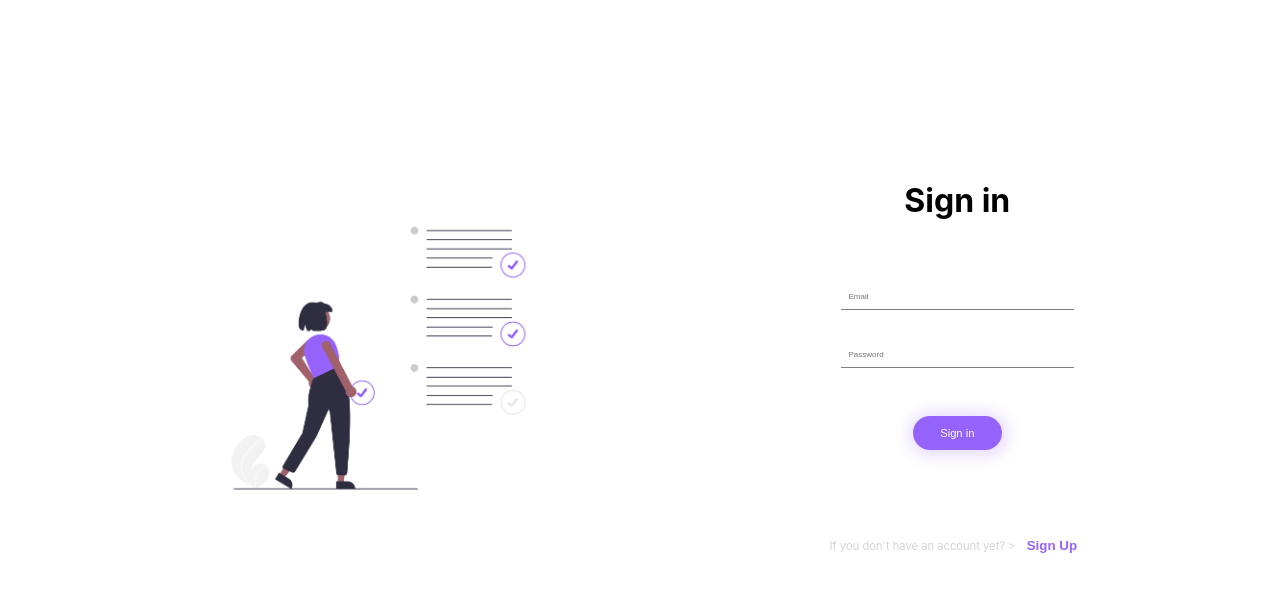
Repository: EEOOOO/wanted-pre-onboarding-fe
Page: / (app in to-do-list-app/)
An editor plug-in stored every save of this project. The page is shown before and after the next save, followed by the edit.
The browser window is 1280 px wide. The pictures show the whole page.
The project was rebuilt for these pictures with package versions that can differ from the ones it lists, and the page was loaded fresh each time. Also part of the build but not shown: to-do-list-app/src/components/sign_up/sign_up.module.css, to-do-list-app/src/components/sign_up/sign_up.jsx, to-do-list-app/src/components/todoList/todo_list.jsx.

Above is the page before, as saved 2022-08-22 00:53:34.

After the next save:
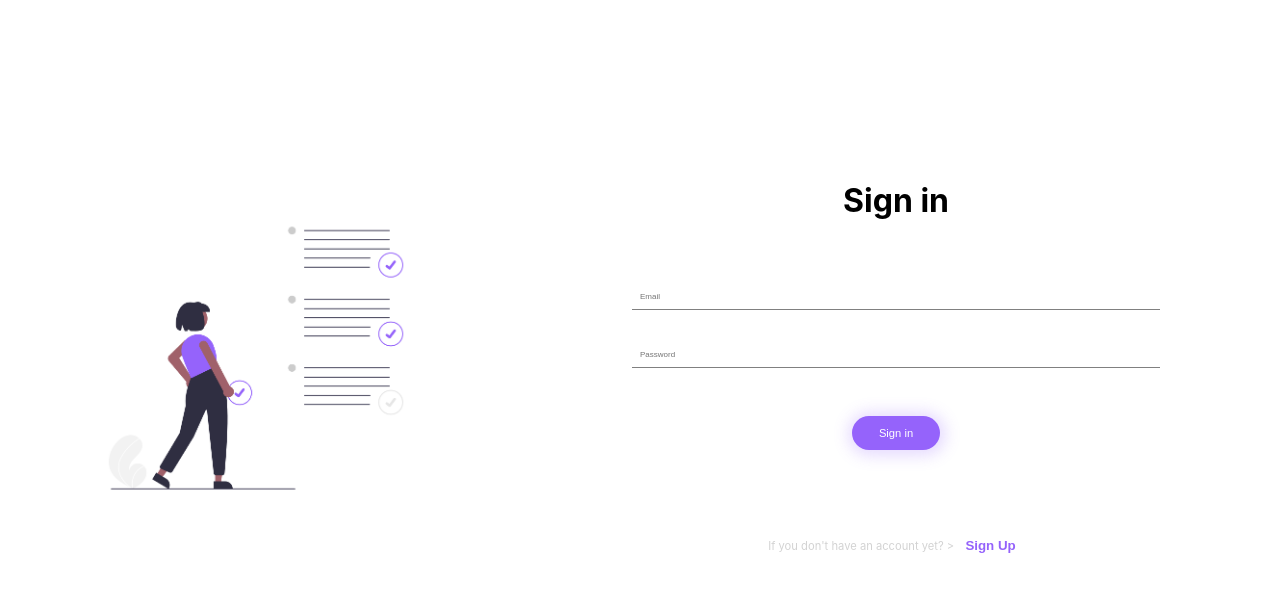
Saved 27 s later.
--- a/to-do-list-app/src/components/login/login.module.css
+++ b/to-do-list-app/src/components/login/login.module.css
@@ -1,13 +1,12 @@
 .login {
   display: flex;
   height: 100vh;
-  justify-content: space-evenly;
+  justify-content: space-between;
   align-items: center;
 }
 .inputContainer {
   width: 60%;
-  min-width: 235px;
-  max-width: 400px;
+  //min-width: 235px;
 }
 .cover {
   width: 40%;
